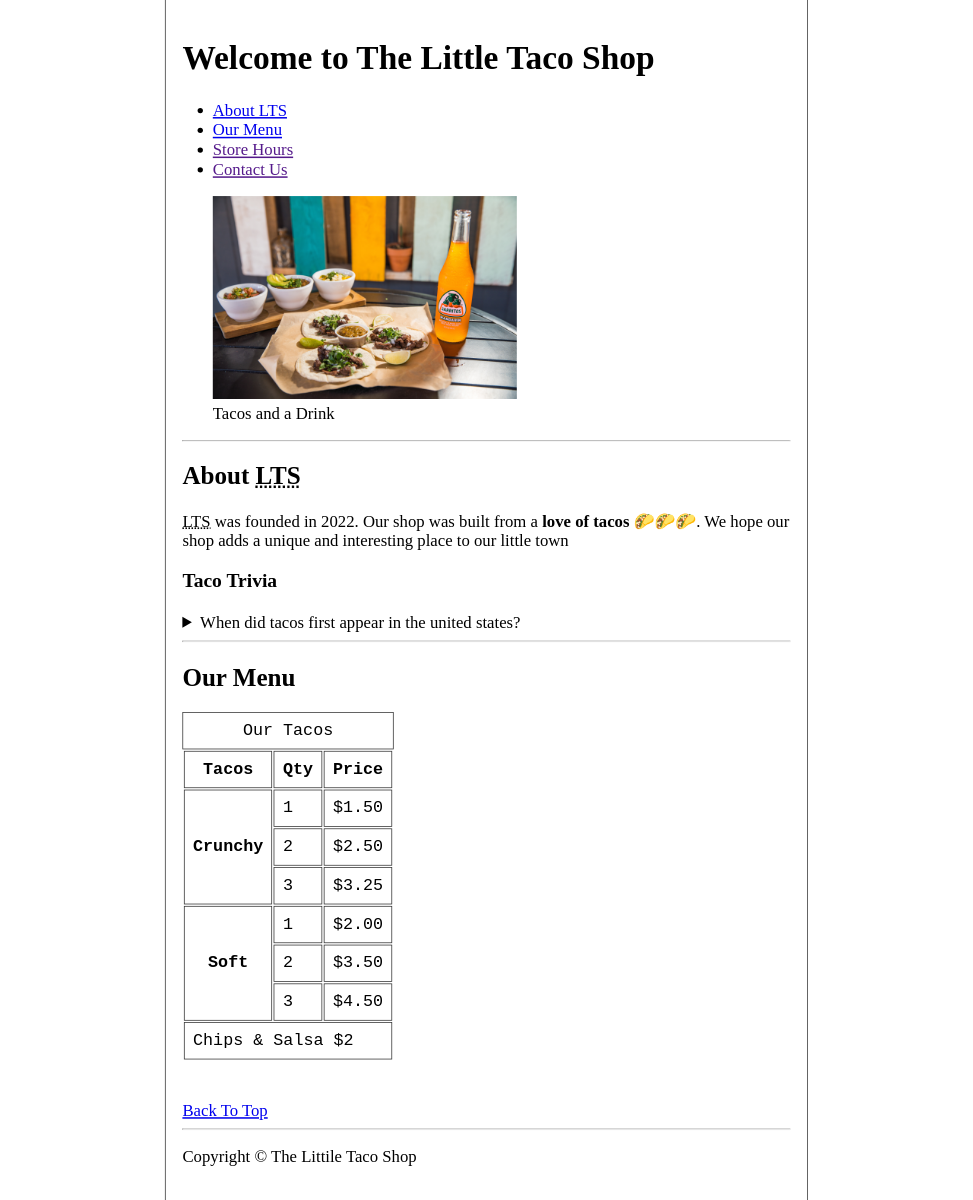
Repository: Israa-Odeh/html-basics-project
Page: index.html
These files come from the project's save history. The page is drawn as it stood at one moment and after the next save; the edit follows.
The browser window is 1280 px wide. The pictures show the whole page, at 76% of full size.

Above is the page before, as saved 2024-08-20 02:13:50.

### index.html
<!DOCTYPE html>
<html lang="en">

<head>
    <meta charset="UTF-8">
    <meta name="author" content="Israa Odeh">
    <meta name="description"
        content="Welcome to Discover the ultimate taco experience at our little taco shop. Explore our diverse menu featuring delicious, authentic tacos made with fresh ingredients. From classic favorites to inventive new flavors, our taco shop offers a vibrant atmosphere and exceptional service. Join us for a taste of perfection in every bite!">
    <title>Little Taco Shop</title>
    <link rel="icon" href="favicon.ico" type="image/x-icon">
    <link rel="stylesheet" href="css/style.css">
</head>

<body>
    <header>
        <h1>Welcome to The Little Taco Shop</h1>
        <nav>
            <ul>
                <li>
                    <a href="#about">About LTS</a>
                </li>
                <li>
                    <a href="#menu">Our Menu</a>
                </li>
                <li>
                    <a href="">Store Hours</a>
                </li>
                <li>
                    <a href="">Contact Us</a>
                </li>
            </ul>
        </nav>
        <figure>
            <img src="img/tacos_and_drink_400x267.png"
                alt="Three taco meals with three salads and a shared bottle of drink" width="400" height="267">
            <figcaption>Tacos and a Drink</figcaption>
        </figure>
    </header>

    <hr>

    <main>
        <article id="about">
            <h2>About <abbr title="Little Taco Shop">LTS</abbr></h2>
            <p> <abbr title="Little Taco Shop">LTS</abbr> was founded in 2022. Our shop was built from a <strong>love of
                    tacos</strong> 🌮🌮🌮. We hope our
                shop adds a unique and interesting place to our little town</p>

            <aside>
                <h3>Taco Trivia</h3>
                <details>
                    <summary>When did tacos first appear in the united states?</summary>
                    <p>Tacos first appeared in the
                        United States in the early 1900s. They gained significant popularity in the 1960s and 1970s,
                        particularly with the rise of fast-food chains like Taco Bell, which introduced them to a
                        broader
                        audience.</p>
                </details>
            </aside>
        </article>

        <hr>

        <article id="menu">
            <h2>Our Menu</h2>
            <table>
                <caption>Our Tacos</caption>
                <thead>
                    <tr>
                        <th scope="col">Tacos</th>
                        <th scope="col">Qty</th>
                        <th scope="col">Price</th>
                    </tr>
                </thead>

                <tbody>
                    <tr>
                        <th scope="row" rowspan="3">Crunchy</th>
                        <td>1</td>
                        <td>$1.50</td>
                    </tr>
                    <tr>
                        <td>2</td>
                        <td>$2.50</td>
                    </tr>
                    <tr>
                        <td>3</td>
                        <td>$3.25</td>
                    </tr>
                    <tr>
                        <th scope="row" rowspan="3">Soft</th>
                        <td>1</td>
                        <td>$2.00</td>
                    </tr>
                    <tr>
                        <td>2</td>
                        <td>$3.50</td>
                    </tr>
                    <tr>
                        <td>3</td>
                        <td>$4.50</td>
                    </tr>
                </tbody>

                <tfoot>
                    <tr>
                        <td colspan="3"> Chips & Salsa $2</td>
                    </tr>
                </tfoot>
            </table>
        </article>
    </main>

    <footer>
        <br><br>
        <a href="#top">Back To Top</a>
        <hr>
        <p>Copyright &copy; The Littile Taco Shop</p>

    </footer>

</body>

</html>

Loaded but not shown: css/style.css (common file)

After the next save:
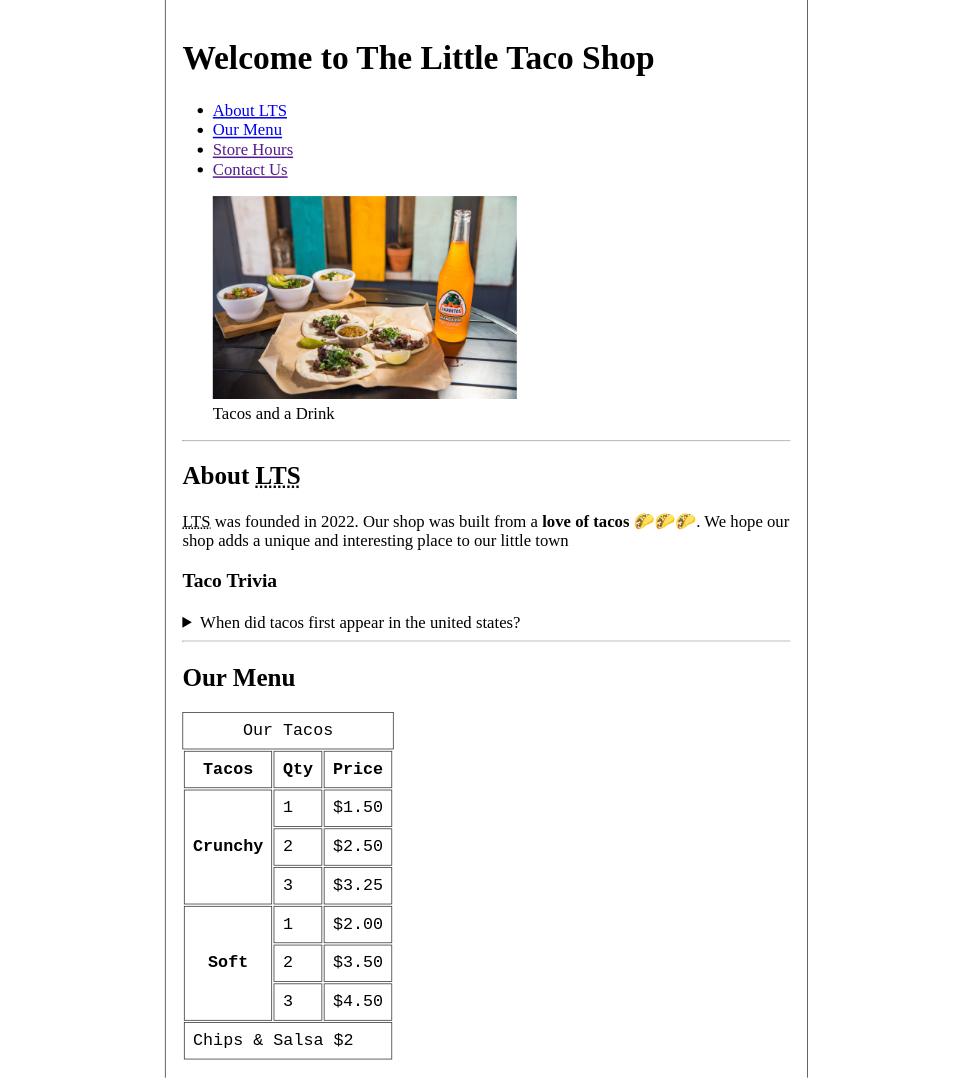
Saved 62 s later.
--- a/index.html
+++ b/index.html
@@ -112,10 +112,6 @@
     </main>
 
     <footer>
-        <br><br>
-        <a href="#top">Back To Top</a>
-        <hr>
-        <p>Copyright &copy; The Littile Taco Shop</p>
 
     </footer>
 

After the 2 saves that followed:
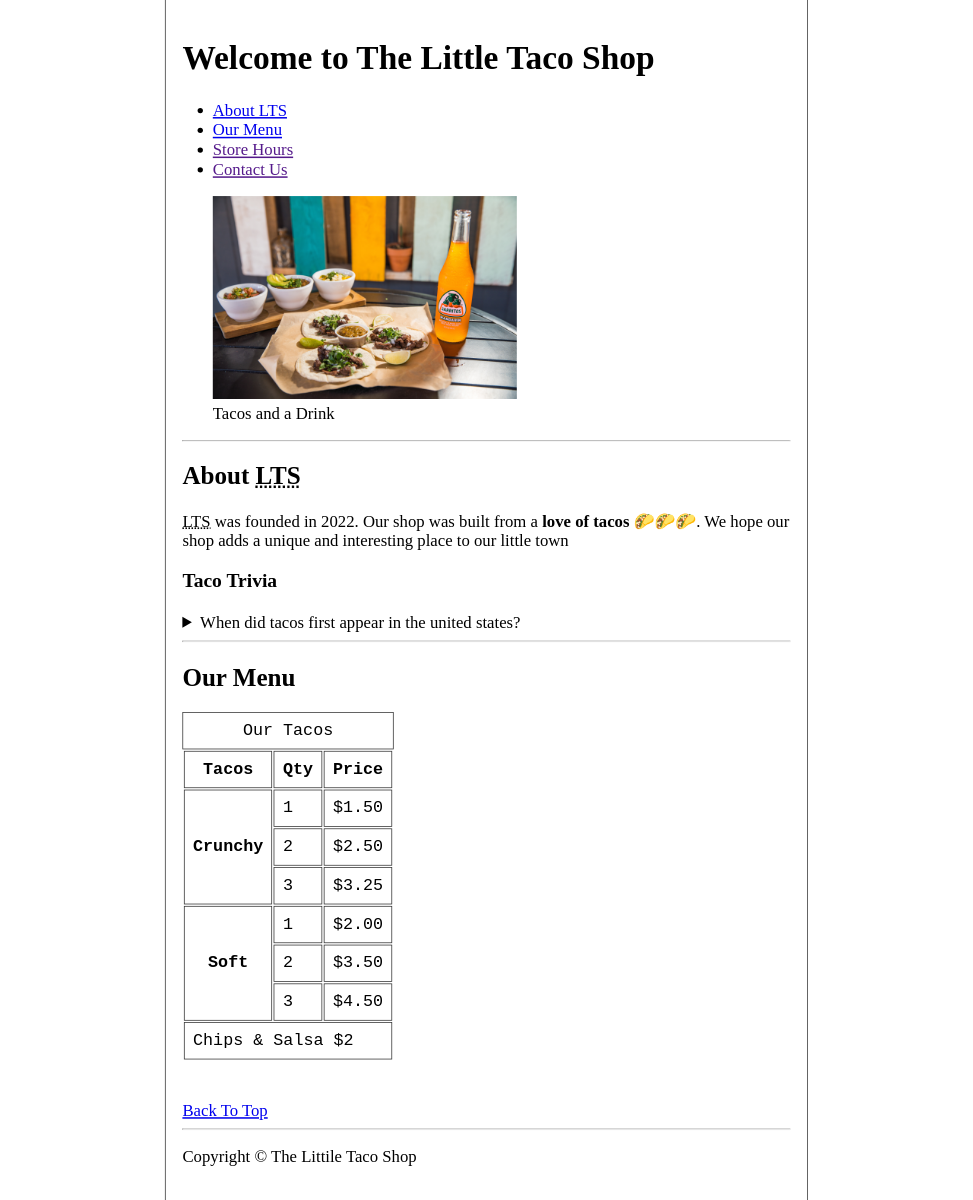
The 2 saves are shown as one change because they came seconds apart.
The last was saved 3 min 45 s later.
--- a/index.html
+++ b/index.html
@@ -112,7 +112,10 @@
     </main>
 
     <footer>
-
+        <br><br>
+        <a href="#top">Back To Top</a>
+        <hr>
+        <p>Copyright &copy; The Littile Taco Shop</p>
     </footer>
 
 </body>
